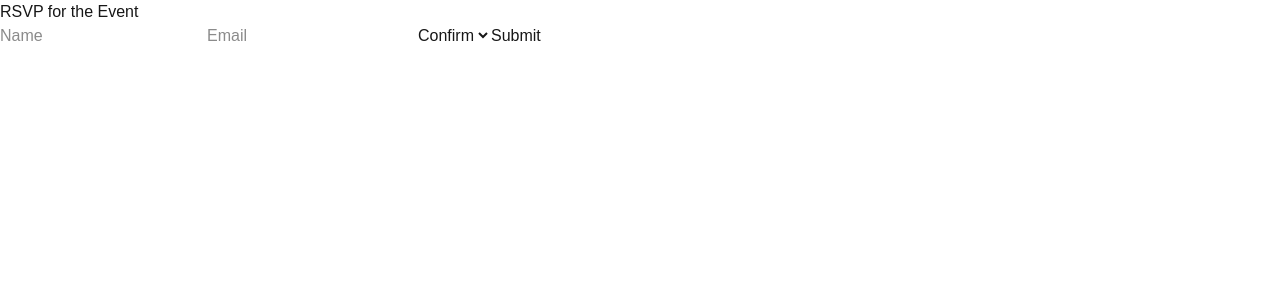
Repository: Jennica1/FULLSTACK-FINAL-PROJ
Page: / (app in rsvp-app/frontend/)
An editor plug-in stored every save of this project. The page is shown before and after the next save, followed by the edit.
The browser window is 1280 px wide. The pictures show the whole page.
The page's requests for data from a server got no answer. The project was rebuilt for these pictures with package versions that can differ from the ones it lists, and the page was loaded fresh each time. The framework's server and built-in components were replaced by stand-ins that run in the browser. No one was signed in, and anything a server would have sent is missing. Also part of the build but not shown: rsvp-app/frontend/next.config.mjs.

Above is the page before, as saved 2025-03-20 08:49:12.

After the next save:
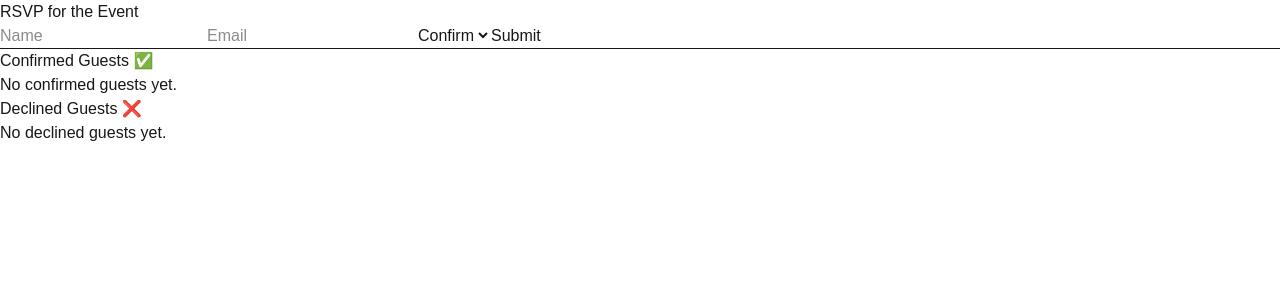
Saved 15 s later.
--- a/rsvp-app/frontend/app/page.js
+++ b/rsvp-app/frontend/app/page.js
@@ -1,11 +1,27 @@
 'use client';
-import { useState } from 'react';
+import { useState, useEffect } from 'react';
 
 export default function Home() {
   const [name, setName] = useState('');
   const [email, setEmail] = useState('');
   const [status, setStatus] = useState('confirmed');
   const [message, setMessage] = useState('');
+  const [rsvps, setRsvps] = useState({ confirmed: [], declined: [] });
+
+  // Fetch RSVPs on page load
+  useEffect(() => {
+    fetchRsvps();
+  }, []);
+
+  const fetchRsvps = async () => {
+    try {
+      const response = await fetch('http://localhost:3001/rsvp_db');
+      const data = await response.json();
+      setRsvps(data); // Set confirmed & declined RSVPs
+    } catch (error) {
+      console.error('Error fetching RSVPs:', error);
+    }
+  };
 
   const handleSubmit = async (e) => {
     e.preventDefault();
@@ -20,13 +36,15 @@ export default function Home() {
       });
 
       const data = await response.json();
-      console.log('Response:', data); // Log the response to verify if it's successful
+      console.log('Response:', data);
       setMessage(data.message);
+
+      // Refresh RSVPs after adding new data
+      fetchRsvps();
     } catch (error) {
       console.error('Error submitting data:', error);
     }
   };
-
 
   return (
     <div>
@@ -44,17 +62,43 @@ export default function Home() {
           value={email}
           onChange={(e) => setEmail(e.target.value)}
         />
-        <select
-          value={status}
-          onChange={(e) => setStatus(e.target.value)}
-        >
+        <select value={status} onChange={(e) => setStatus(e.target.value)}>
           <option value="confirmed">Confirm</option>
           <option value="declined">Decline</option>
         </select>
         <button type="submit">Submit</button>
       </form>
 
-      {message && <p>{message}</p>} {/* Display the static confirmation message */}
+      {message && <p>{message}</p>}
+
+      <hr />
+
+      {/* Display RSVP results */}
+      <h2>Confirmed Guests ✅</h2>
+      {rsvps.confirmed.length > 0 ? (
+        <ul>
+          {rsvps.confirmed.map((guest) => (
+            <li key={guest.id}>
+              {guest.name} - {guest.email}
+            </li>
+          ))}
+        </ul>
+      ) : (
+        <p>No confirmed guests yet.</p>
+      )}
+
+      <h2>Declined Guests ❌</h2>
+      {rsvps.declined.length > 0 ? (
+        <ul>
+          {rsvps.declined.map((guest) => (
+            <li key={guest.id}>
+              {guest.name} - {guest.email}
+            </li>
+          ))}
+        </ul>
+      ) : (
+        <p>No declined guests yet.</p>
+      )}
     </div>
   );
 }
